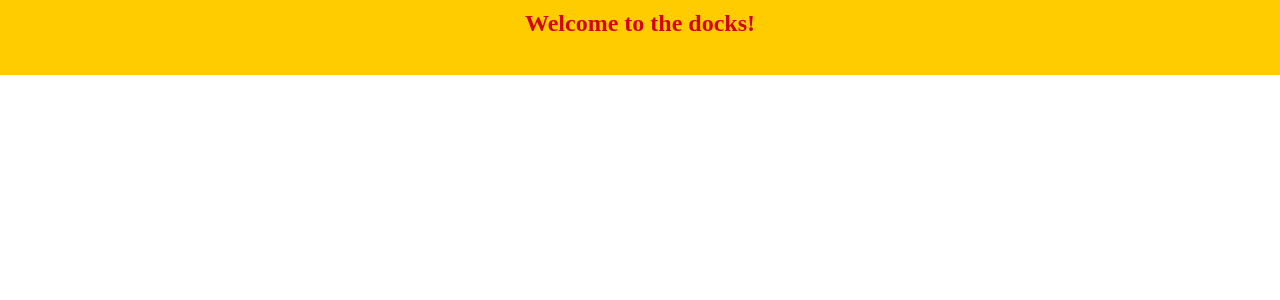
Repository: charliejp0311/java-final-proj
Page: dockWalk-frontend/index.html
The author's editor kept a copy of each file at every save. The page is drawn from the files as they stood at one save, then again after the next save.
The browser window is 1280 px wide. The pictures show the whole page.
The page's requests for data from a server got no answer.

Above is the page before, as saved 2020-09-02 13:20:25.

### dockWalk-frontend/index.html
<!DOCTYPE html>
<html lang="en" dir="ltr">
    <head>
        <meta charset="utf-8">
        <link rel="stylesheet" href="style.css">
        <title>Dock Walk</title>
    </head>
    <body>
        <header>
            <h2>Welcome to the docks!</h2>
        </header>
        <main id="dock">

        </main>
    </body>
    <script type="application/javascript" src="src/index.js" charset="UTF-8"></script>
    <script type="application/javascript" src="src/user.js" charset="UTF-8"></script>
    <script type="application/javascript" src="src/dock.js" charset="UTF-8"></script>
    <script type="application/javascript" src="src/door_ranges.js" charset="UTF-8"></script>
    <script type="application/javascript" src="src/door.js" charset="UTF-8"></script>
</html>

### dockWalk-frontend/style.css
body {
    margin: 0;
    padding: 0;
}

header {
    background-color: #FFCC00;
    color: #D40511;
    text-align: center;
    margin: 0 auto;
    height: 75px;
}

header h2 {
    padding: 10px;
    margin: 0;
}

main {
    display: grid;
    grid-template-columns: 1fr;
    grid-template-rows: auto;
    grid-gap: 25px;
    padding-top: 10px;
    padding-bottom: 30px;
}

div.card {
    background-color: #FFCC00;
    height: 350px;
    width: 300px;
    box-shadow: 10px 10px grey;
    padding: 10px;
    border-radius: 10px;
}

div.doorCard {
    /* background-color: #D40511;
    box-shadow: 10px 10px grey;
    padding: 10px;
    border-radius: 10px; */
}

p {
    font-size: .75em;
    color: black;
    font-family: Helvetica;
}
ul {
    padding: 20px;
}
tr {
    padding: 20px;
}

li {
    font-size: 1.05em;
    list-style: none;
    padding-right: 20px;
    text-align: center;
}

button {
    font-size: 1em;
    color: #FFCC00;
    background-color: #D40511;
    border-radius: 10px;
    padding-bottom: 5px;
}

button.release {
    float: right;
    background-color: #E1332D;
}

@media only screen and (min-width: 500px) {
    main {
        grid-template-columns: 1fr 1fr;
    }
}

@media only screen and (min-width: 850px) {
    main {
        grid-template-columns: 1fr 1fr 1fr 1fr;
    }
}

### dockWalk-frontend/src/index.js
document.addEventListener("DOMContentLoaded", function () {
    let h = document.getElementsByTagName('header')[0]
    // displayLogin();
    fetchDocks();

});

### dockWalk-frontend/src/user.js
class User{
    constructor(name,password,user_type){
        this.name = name
        this.password = password
        this.user_type = user_type
    }
}

let displayLogin = () =>{
    let head = document.getElementsByTagName('header')[0]
    let frm = document.createElement('form')
    let name = document.createElement('input')
    let pass = document.createElement('input')
    let submit = document.createElement('input')
    name.type = 'text'
    name.id = 'Name'
    frm.appendChild(name)
    // frm.innerHTML += '<br>'
    pass.type = 'password'
    pass.id = 'Password'
    frm.appendChild(pass)
    // frm.innerHTML += '<br>'
    submit.type = 'submit'
    submit.addEventListener('click',(e)=>{
        let data = e.target.parentNode.children
        submitData(data.name,data.password)
    })
    frm.appendChild(submit)
    head.appendChild(frm)

}

let submitData = (name, password) => {
    let formData = {
        name: name,
        password: password
    }
    let configObj = {
        method: "post",
        headers: {
            "Content-Type": "application/json",
            "Accept": "application/json"
        },
        body: JSON.stringify(formData)
    };


    return fetch('http://localhost:3000/users', configObj)
        .then(resp => resp.json())
        .then(json => {
            document.body.append(json.id);
        })
        .catch(function (error) {
            if (error.code = '401') {
                document.body.append('Unauthorized Access')
                alert('Unauthorized Access');
            }
        });

};

### dockWalk-frontend/src/dock.js
class Dock {
    constructor(section,ranges =[],doors = []) {
        this.section = section;
        this.ranges = ranges;
        this.doors = doors;
    }
}

//making an empty array of docks to store js dock obj's in thought is to get all the objects and store them in an array
const dks = [];
//playing to see what the data looks like
const ranges = [];
///playing more
const drs = [];

// let createDocks = (docks) => {
//     // parsing info from json
//     let d = docks.data
//     let inc = docks.included
//     let rngs = inc.filter(rng => rng.type === 'door_range')
//     let ports = inc.filter(prt => prt.type === 'door')
//     // create java objs

// }

let displayDocks = (docks) => {
    let d = docks.data
    let inc = docks.included
    let rngs = inc.filter(rng => rng.type === 'door_range')
    let ports = inc.filter(prt => prt.type === 'door')
    //docks
    for (const section of d) {
        dks.push(new Dock(section.attributes.section))
        let sectionsRanges = rngs.filter(rng => rng.relationships.dock.data.id === section.id)
        //ranges
        for (const range of sectionsRanges) {
            ranges.push(new Range(
                section.attributes.section,
                range.attributes.range,
                range.attributes.racks
                ))
        let prts = ports.filter(prt => prt.relationships.door_range.data.id === range.id)
            //doors
        for (const p of prts) {
            drs.push(new Door(
                p.attributes.id,
                section.attributes.section,
                range.attributes.range,
                p.attributes.racks,
                p.attributes.number,
                p.attributes.stage,
                p.attributes.serviceable,
                p.attributes.service_comments,
                p.attributes.inbound_available,
                p.attributes.inbound_present,
                p.attributes.outbound_available,
                p.attributes.outbound_present
                ))
            }
        }
        let thisDocksRanges = ranges.filter(range => range.section === section.attributes.section)
        if (thisDocksRanges) {
            dockCard(section, thisDocksRanges)
        }
    }
}

let dockCard = (sec, ranges) => {
    let body = document.getElementById('dock')
    let div = document.createElement('div')
    div.className = 'card'
    div.id = sec.id
    div.addEventListener('click', (e) => {
        switch (e.target.tagName) {
            case 'DIV':
                displaySec(dks[e.target.id - 1])
                break;
            case 'UL':
                displaySec(dks[e.target.parentNode.id - 1])
                break;
            case 'LI':
                displaySec(dks[e.target.parentNode.parentNode.id - 1])
                break;
            default:
                break;
        }

    })
    div.innerText = sec.attributes.section
    let ul = document.createElement('ul')
    ul.innerText = "Door Ranges"
    for (const rng of ranges) {
        let li = document.createElement('li')
        // li.addEventListener('click',rangeClick())
        if (rng.range) {
            li.innerText = rng.range
        } else {
            li.innerText = rng.attributes.range
        }
        ul.appendChild(li)
    }
    div.appendChild(ul)
    body.appendChild(div)
}



let displaySec = (section) => {
    let h2 = document.getElementsByTagName('h2')[0]
    h2.innerText = `${section.section} - Door Ranges`
    let dock = document.getElementById('dock')
    dock.innerText = ""
    let tsr = ranges.filter(rng=>rng.section===section.section)
    for (const rng of tsr) {
        let div = document.createElement('div')
        div.className = 'card'
        div.innerText = rng.range
        div.addEventListener('click',(e)=>{
            switch (e.target.tagName) {
                case 'DIV':
                    displayRange(e.target.innerText.split('\n')[0])
                    break;
                case 'UL':
                    debugger;//displaySec(dks[e.target.parentNode.id - 1])
                    break;
                case 'LI':
                    debugger;//displaySec(dks[e.target.parentNode.parentNode.id - 1])
                    break;
                default:
                    break;
            }
        })
        let ul = document.createElement('ul')
        let trd = drs.filter(dr=>dr.range === rng.range)
        for (const dr of trd) {
            let li = document.createElement('li')
            li.appendChild(dispDr(dr))
            li.id = dr.id
            ul.appendChild(li)
        }
        div.appendChild(ul)
        dock.appendChild(div)
    }
}


let fetchDocks = () => {
    return fetch('http://localhost:3000/docks')
        .then(resp => resp.json())
        .then(json => displayDocks(json))
}

### dockWalk-frontend/src/door_ranges.js
class Range extends Dock {
    constructor(dock, range) {
        super(dock)
        this.range = range
    }
}

let displayRange = (range) =>{
    let h2 = document.getElementsByTagName('h2')[0]
    h2.innerText = `${range} `
    let body = document.getElementById('dock')
    body.innerHTML = ""
    let trd = drs.filter(dr=>dr.range === range)
    for (const dr of trd) {
        let div = document.createElement('div')
        div.className = 'card'
        div.appendChild(dispDr(dr))
        div.addEventListener("click", (e)=>{ displayDoor(dr)})
        body.appendChild(div)
    }
}

### dockWalk-frontend/src/door.js
class Door extends Range {
    constructor(id, dock, range, racks, number, stage, serviceable, s_comments, inbound_available, inbound_present, outbound_available, outbound_present) {
        super(dock, range)
        this.id = id
        this.number = number
        this.racks = racks
        this.stage = stage
        this.serviceable = serviceable
        this.s_comments = s_comments
        this.inbound_present = inbound_present
        this.inbound_available = inbound_available
        this.outbound_present = outbound_present
        this.outbound_available  = outbound_available
    }
}

let displayDoor = (door)=>{
    let h2 = document.getElementsByTagName('h2')[0]
    h2.innerText = `${door.number}`
    let body = document.getElementById('dock')
    body.innerHTML = ""
    let div = document.createElement('div')
    div.className = 'card'
    div.innerText = door.number
    let frm = doorForm(door)
    div.appendChild(frm)
    body.appendChild(div)
    ///need to set checks here for anything that is true
    for (const key in door) {
        if (door.hasOwnProperty(key)) {
            const element = door[key];
            if (element === true) {
                document.querySelector(`#${key}`).checked = true
            }
        }
    }
}

let doorForm = (door) => {
    if (door.serviceable) {
        let form = document.createElement('form')
        let comments = document.createElement('input')
        comments.type = "text"
        form.htmlFor = door
        form.id = door.id
        for (const key in door) {
            const element = door[key];
            let checkBox = document.createElement('input')
            checkBox.type = 'checkbox'
            let lbl = document.createElement('label')
            switch (key) {
                case 'section':
                    break;
                case 'range':
                    break;
                case 'number':
                    break;
                case 'id':
                    break;
                case 's_comments':
                    if (element !== '' ) {
                        lbl.innerText = `${element}`
                        form.appendChild(lbl)
                        form.innerHTML += '<br>'
                    } else if(door.serviceable === false){
                        lbl.innerText = `${key} ~`
                        form.appendChild(lbl)
                        form.innerHTML += '<br>'
                        let comments = document.createElement('input')
                        comments.type = 'text'
                        form.appendChild(comments)
                        form.innerHTML += '<br>'
                    }
                break;
                default :
                    lbl.innerText = key
                    if (element===true) {
                        checkBox.click()
                    }
                    checkBox.id = key
                    form.appendChild(lbl)
                    form.appendChild(checkBox)
                    // checkBox.checked = element

                    form.innerHTML += '<br>'
                break;
            }
        }
        let submit = document.createElement('input')
        submit.type = 'submit'
        submit.addEventListener('click', (e)=>{
            let formElmnts = e.target.parentNode.children
            debugger;
        })
        form.appendChild(submit)
        return form;
    }
}


let dispDr = (door) => {
    let div = document.createElement('div')
    div.className = 'doorCard'
    div.innerText = door.number
    div.innerHTML += '<br/>'
    let tbl = document.createElement('tbl')
    let tdk = document.createElement('td')
    let tde = document.createElement('td')
    for (const key in door) {
        if (door.hasOwnProperty(key)) {
            const element = door[key];
            let trk = document.createElement('tr')
            let tre = document.createElement('tr')
            if (element === true) {
                trk.innerText = `${key} ~`
                tre.innerText = `${element}`
                tdk.appendChild(trk)
                tde.appendChild(tre)
            }
            tbl.appendChild(tdk)
            tbl.appendChild(tde)
        }
    }
    div.appendChild(tbl)
    return div
}

After the next save:
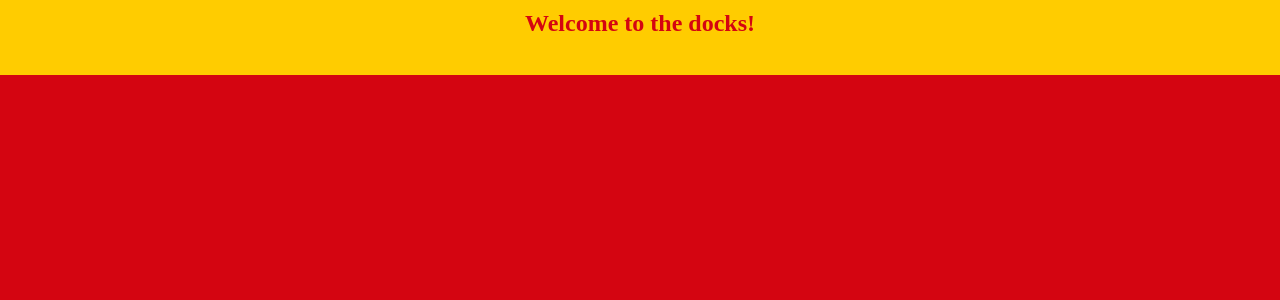
Saved 54 s later.
--- a/dockWalk-frontend/style.css
+++ b/dockWalk-frontend/style.css
@@ -1,6 +1,7 @@
 body {
     margin: 0;
     padding: 0;
+    background-color: #D40511;
 }
 
 header {
